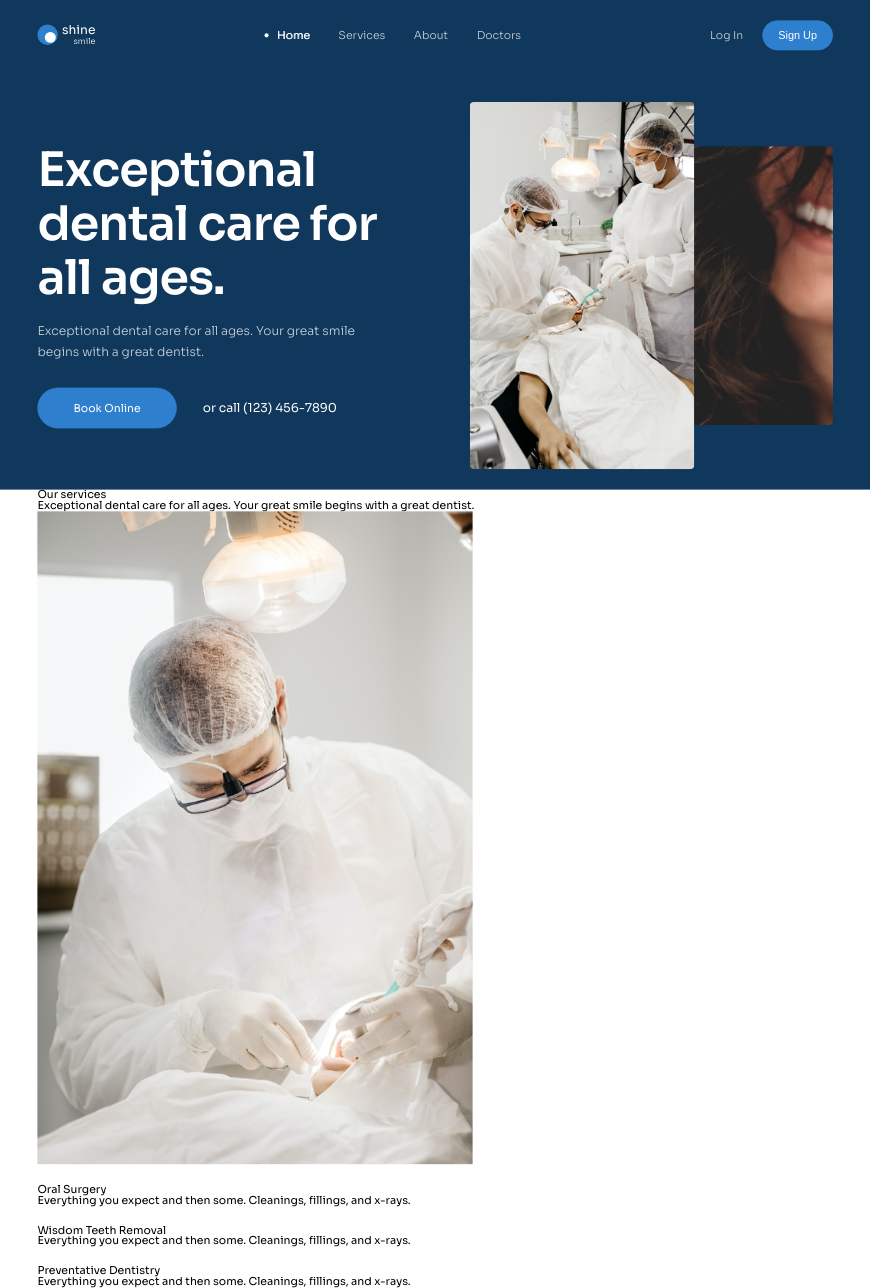
Repository: anhtien111198/f8-htmlcss-03
Page: index.html
An editor plug-in stored every save of this project. The page is shown before and after the next save, followed by the edit.
The browser window is 1280 px wide. The pictures show the whole page, at 68% of full size.

Above is the page before, as saved 2023-05-12 16:30:22.

After the next save:
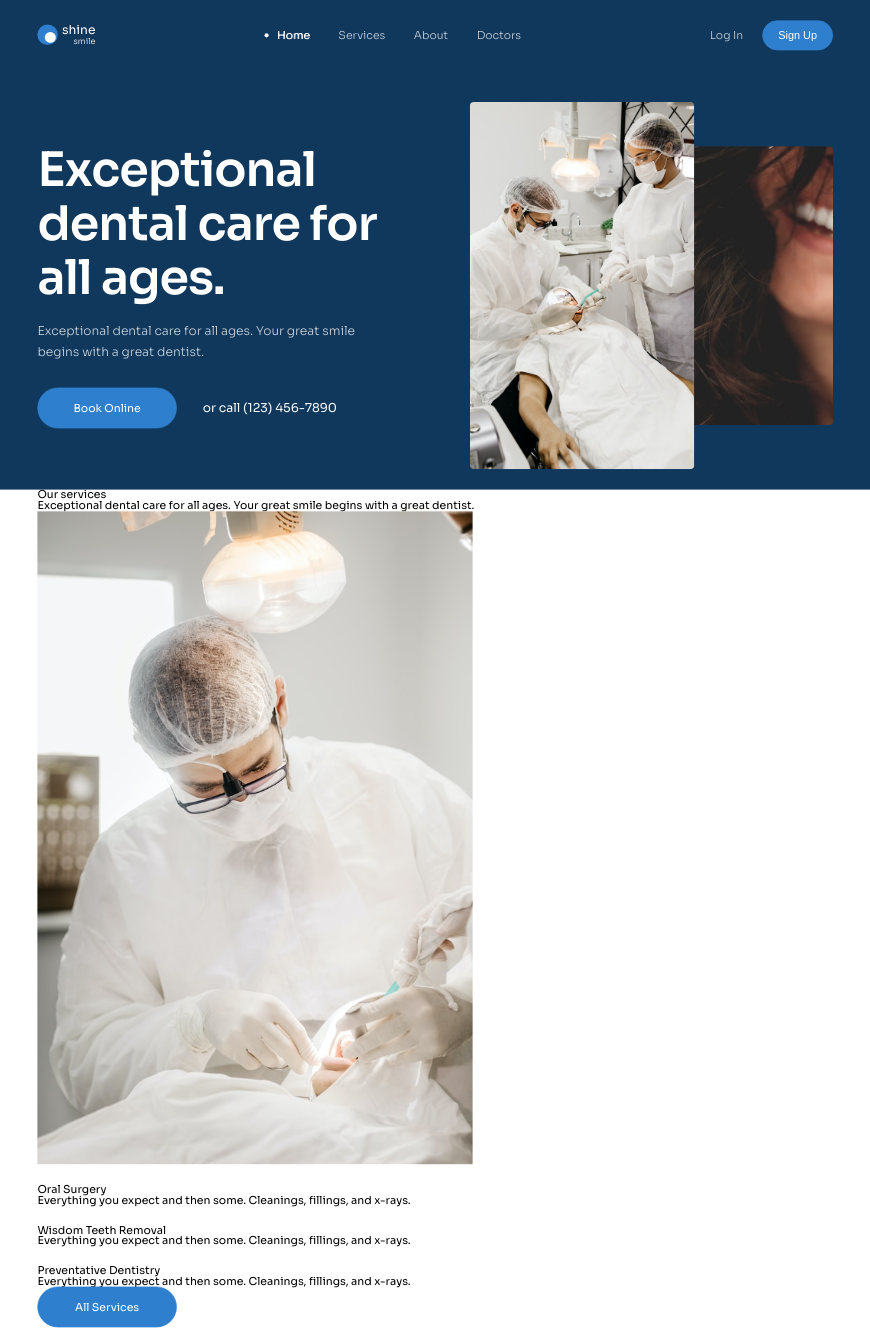
Saved 2 min 30 s later.
--- a/index.html
+++ b/index.html
@@ -276,6 +276,7 @@
                                 </div>
                             </section>
                         </div>
+                        <a href="#!" class="btn">All Services</a>
                     </div>
                 </div>
             </section>
